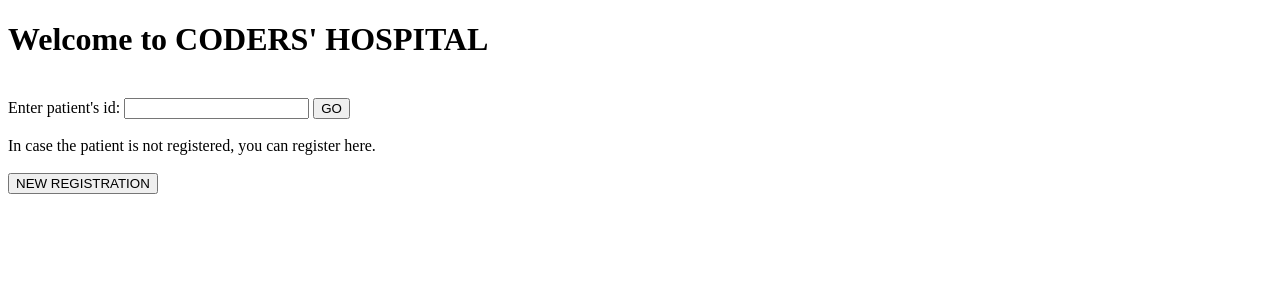
Repository: PoojaK97/OrganProcurement
Page: Organ_Procurement/WebContent/registration.html
The author's editor kept a copy of each file at every save. The page is drawn from the files as they stood at one save, then again after the next save.
The browser window is 1280 px wide. The pictures show the whole page.

Above is the page before, as saved 2019-12-10 11:31:27.

### Organ_Procurement/WebContent/registration.html
<!DOCTYPE html>
<html>
<head>
<meta charset="ISO-8859-1">
<title>Coders' Hospital</title>
</head>
<body>
<h1>Welcome to CODERS' HOSPITAL</h1>
<br>
<form>
 Enter patient's id:
 <input type='text' name='id'>
 <input type='submit' value='GO'>
</form>
<br>
 In case the patient is not registered, you can register here.
<br>
<form>
 <br>
 <input type='submit' value='NEW REGISTRATION'>
</form>
</body>
</html>

After the next save:
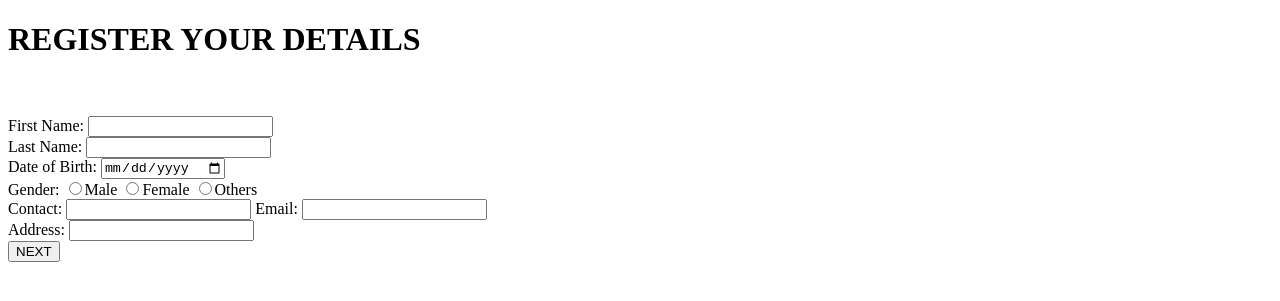
Saved 6 min 44 s later.
--- a/Organ_Procurement/WebContent/registration.html
+++ b/Organ_Procurement/WebContent/registration.html
@@ -2,22 +2,36 @@
 <html>
 <head>
 <meta charset="ISO-8859-1">
-<title>Coders' Hospital</title>
+<title>Registration</title>
 </head>
 <body>
-<h1>Welcome to CODERS' HOSPITAL</h1>
-<br>
-<form>
- Enter patient's id:
- <input type='text' name='id'>
- <input type='submit' value='GO'>
-</form>
-<br>
- In case the patient is not registered, you can register here.
+<h1>REGISTER YOUR DETAILS</h1>
 <br>
 <form>
  <br>
- <input type='submit' value='NEW REGISTRATION'>
+ First Name:
+ <input type='text' name='fname'>
+ <br>
+ Last Name:
+ <input type='text' name='lname'>
+ <br>
+ Date of Birth:
+ <input type='date' name='dob'>
+ <br>
+ Gender:
+ <input type='radio' name='gender' value='M'>Male
+ <input type='radio' name='gender' value='F'>Female
+ <input type='radio' name='gender' value='O'>Others
+ <br>
+ Contact:
+ <input type='number' name='contact'>
+ Email:
+ <input type='email' name='email'>
+ <br>
+ Address:
+ <input type='text' name='add'>
+ <br>
+ <input type='submit' value='NEXT'>
 </form>
 </body>
 </html>
